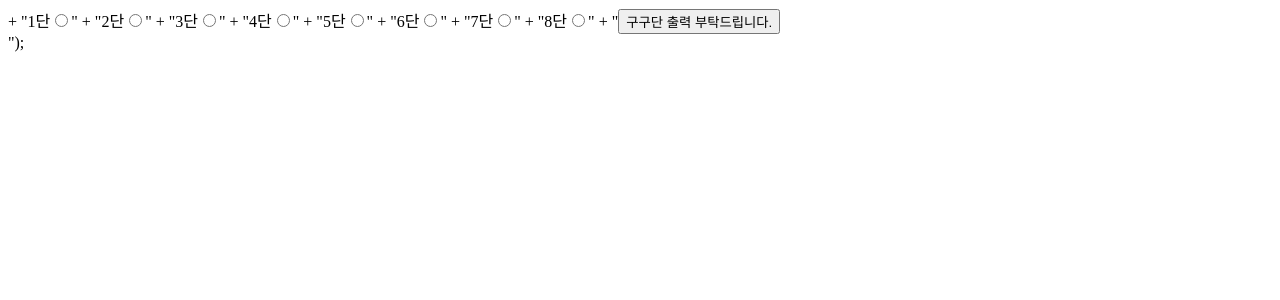
Repository: jupiter002/jsp-tutorial
Page: http://localhost/jsp01/gugudanFormRadio.jsp
These files come from the project's save history. The page is drawn as it stood at one moment and after the next save; the edit follows.
The browser window is 1280 px wide. The pictures show the whole page.
The page is served by Tomcat 9. Other server files are loaded and not shown.

Above is the page before, as saved 2023-06-02 06:47:44.

### jsp01/src/main/webapp/gugudanFormRadio.jsp
<%@ page language="java" contentType="text/html; charset=UTF-8"
    pageEncoding="UTF-8"%>
<!DOCTYPE html>
<html>
<head>
<meta charset="UTF-8">
<title>Insert title here</title>
</head>
<body>
<form action="gugudanResult.jsp">
	+ "<label><span>1단</span><input type='radio' name='dan'value='1'></label>"
				+ "<label><span>2단</span><input type='radio' name='dan'value='2'></label>"
				+ "<label><span>3단</span><input type='radio' name='dan'value='3'></label>"
				+ "<label><span>4단</span><input type='radio' name='dan'value='4'></label>"
				+ "<label><span>5단</span><input type='radio' name='dan'value='5'></label>"
				+ "<label><span>6단</span><input type='radio' name='dan'value='6'></label>"
				+ "<label><span>7단</span><input type='radio' name='dan'value='7'></label>"
				+ "<label><span>8단</span><input type='radio' name='dan'value='8'></label>"
				+ "<button>구구단 출력 부탁드립니다.</button></form>");
</body>
</html>

After the next save:
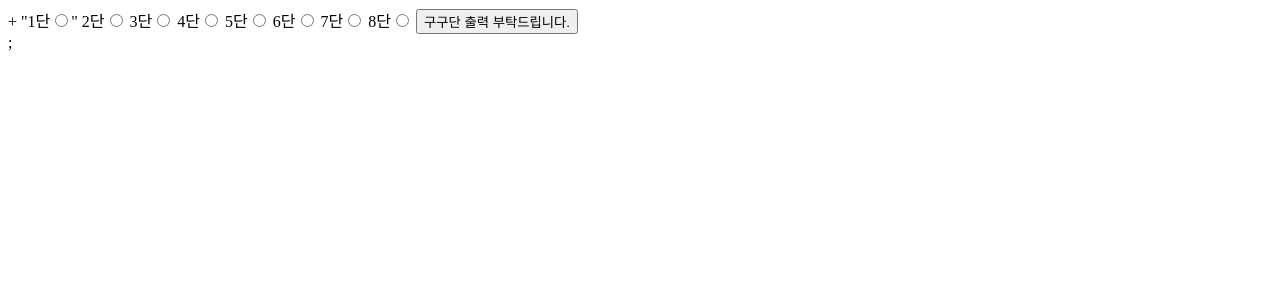
Saved 55 s later.
--- a/jsp01/src/main/webapp/gugudanFormRadio.jsp
+++ b/jsp01/src/main/webapp/gugudanFormRadio.jsp
@@ -9,13 +9,13 @@
 <body>
 <form action="gugudanResult.jsp">
 	+ "<label><span>1단</span><input type='radio' name='dan'value='1'></label>"
-				+ "<label><span>2단</span><input type='radio' name='dan'value='2'></label>"
-				+ "<label><span>3단</span><input type='radio' name='dan'value='3'></label>"
-				+ "<label><span>4단</span><input type='radio' name='dan'value='4'></label>"
-				+ "<label><span>5단</span><input type='radio' name='dan'value='5'></label>"
-				+ "<label><span>6단</span><input type='radio' name='dan'value='6'></label>"
-				+ "<label><span>7단</span><input type='radio' name='dan'value='7'></label>"
-				+ "<label><span>8단</span><input type='radio' name='dan'value='8'></label>"
-				+ "<button>구구단 출력 부탁드립니다.</button></form>");
+				 <label><span>2단</span><input type='radio' name='dan'value='2'></label>
+				 <label><span>3단</span><input type='radio' name='dan'value='3'></label>
+				 <label><span>4단</span><input type='radio' name='dan'value='4'></label>
+				 <label><span>5단</span><input type='radio' name='dan'value='5'></label>
+				 <label><span>6단</span><input type='radio' name='dan'value='6'></label>
+				 <label><span>7단</span><input type='radio' name='dan'value='7'></label>
+				 <label><span>8단</span><input type='radio' name='dan'value='8'></label>
+				 <button>구구단 출력 부탁드립니다.</button></form>;
 </body>
 </html>
